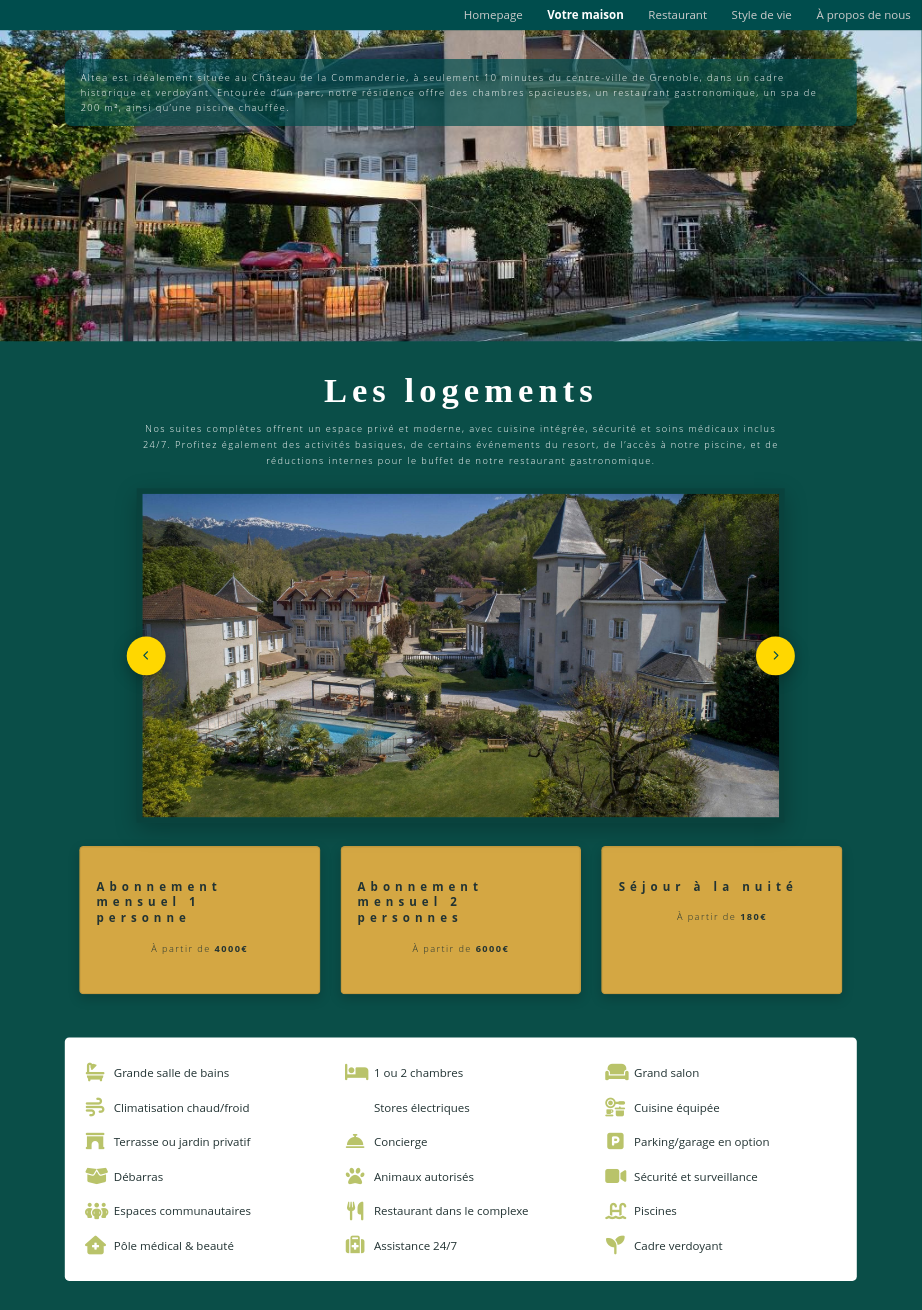
Repository: Rahimzeeeer/alteaaaa
Page: maison.html
An editor plug-in stored every save of this project. The page is shown before and after the next save, followed by the edit.
The browser window is 1280 px wide. The pictures show the part of the page from y = 0 to 1819 px (the page is 3100 px tall before and 3131 px after), at 72% of full size.
A picture or video elsewhere on the page could not be fetched, so the positions and the page height are approximate.

Above is the page before, as saved 2025-08-12 17:06:28.

After the next save:
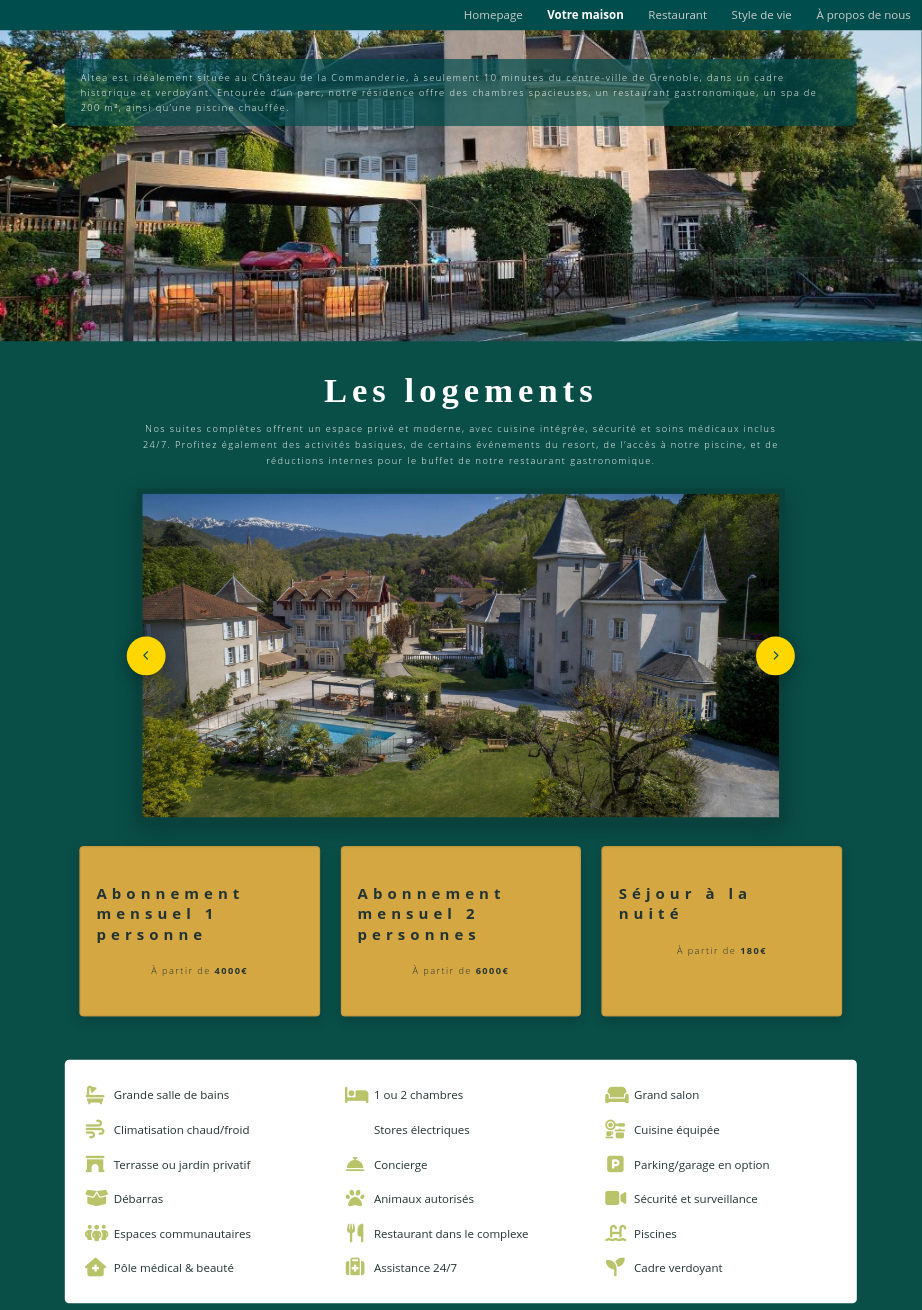
Saved 19 s later.
--- a/style.css
+++ b/style.css
@@ -35,7 +35,7 @@ h3{
 }
 
 h4{
-  font-size: 1rem; /* plus grand */
+  font-size: 1.3rem; /* plus grand */
 }
 p{
   font-size: 0.8rem; /* plus grand */
